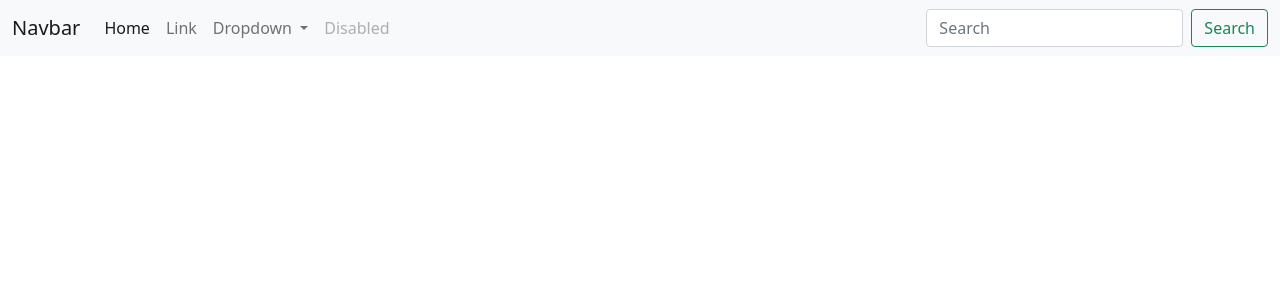
Repository: j0sh-404/control-clases-alumnos
Page: vista/principal/principal.html
The author's editor kept a copy of each file at every save. The page is drawn from the files as they stood at one save, then again after the next save.
The browser window is 1280 px wide. The pictures show the whole page.

Above is the page before, as saved 2022-07-09 19:18:02.

### vista/principal/principal.html
<!DOCTYPE html>
<html lang="es">
<head>
    <title>Principal</title>
    <meta charset="UTF-8">
    <meta name="title">
    <link href="https://cdn.jsdelivr.net/npm/bootstrap@5.0.2/dist/css/bootstrap.min.css" rel="stylesheet" integrity="sha384-EVSTQN3/azprG1Anm3QDgpJLIm9Nao0Yz1ztcQTwFspd3yD65VohhpuuCOmLASjC" crossorigin="anonymous">
</head>
<body>
    <nav class="navbar navbar-expand-lg navbar-light bg-light">
        <div class="container-fluid">
          <a class="navbar-brand" href="#">Navbar</a>
          <button class="navbar-toggler" type="button" data-bs-toggle="collapse" data-bs-target="#navbarSupportedContent" aria-controls="navbarSupportedContent" aria-expanded="false" aria-label="Toggle navigation">
            <span class="navbar-toggler-icon"></span>
          </button>
          <div class="collapse navbar-collapse" id="navbarSupportedContent">
            <ul class="navbar-nav me-auto mb-2 mb-lg-0">
              <li class="nav-item">
                <a class="nav-link active" aria-current="page" href="#">Home</a>
              </li>
              <li class="nav-item">
                <a class="nav-link" href="#">Link</a>
              </li>
              <li class="nav-item dropdown">
                <a class="nav-link dropdown-toggle" href="#" id="navbarDropdown" role="button" data-bs-toggle="dropdown" aria-expanded="false">
                  Dropdown
                </a>
                <ul class="dropdown-menu" aria-labelledby="navbarDropdown">
                  <li><a class="dropdown-item" href="#">Action</a></li>
                  <li><a class="dropdown-item" href="#">Another action</a></li>
                  <li><hr class="dropdown-divider"></li>
                  <li><a class="dropdown-item" href="#">Something else here</a></li>
                </ul>
              </li>
              <li class="nav-item">
                <a class="nav-link disabled" href="#" tabindex="-1" aria-disabled="true">Disabled</a>
              </li>
            </ul>
            <form class="d-flex">
              <input class="form-control me-2" type="search" placeholder="Search" aria-label="Search">
              <button class="btn btn-outline-success" type="submit">Search</button>
            </form>
          </div>
        </div>
      </nav>
      <script src="https://code.jquery.com/jquery-3.6.0.js" integrity="sha256-H+K7U5CnXl1h5ywQfKtSj8PCmoN9aaq30gDh27Xc0jk=" crossorigin="anonymous"></script>
<script src="https://cdn.jsdelivr.net/npm/bootstrap@5.0.2/dist/js/bootstrap.bundle.min.js" integrity="sha384-MrcW6ZMFYlzcLA8Nl+NtUVF0sA7MsXsP1UyJoMp4YLEuNSfAP+JcXn/tWtIaxVXM" crossorigin="anonymous"></script>
</body>
</html>

After the next save:
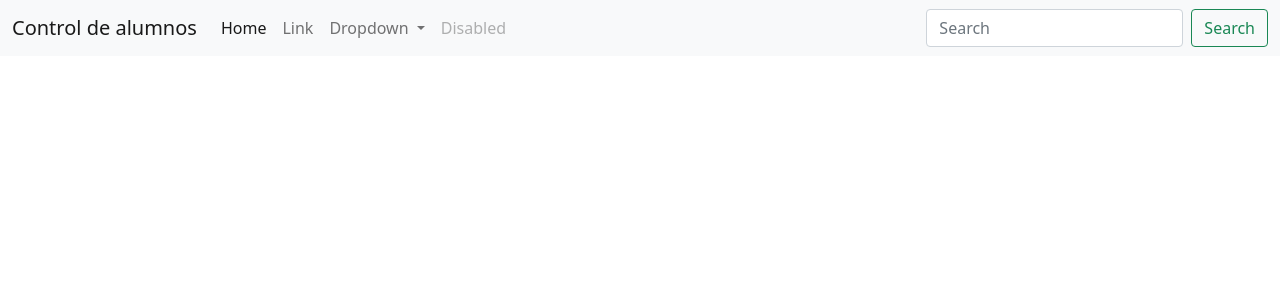
Saved 59 s later.
--- a/vista/principal/principal.html
+++ b/vista/principal/principal.html
@@ -9,7 +9,7 @@
 <body>
     <nav class="navbar navbar-expand-lg navbar-light bg-light">
         <div class="container-fluid">
-          <a class="navbar-brand" href="#">Navbar</a>
+          <a class="navbar-brand" href="#">Control de alumnos</a>
           <button class="navbar-toggler" type="button" data-bs-toggle="collapse" data-bs-target="#navbarSupportedContent" aria-controls="navbarSupportedContent" aria-expanded="false" aria-label="Toggle navigation">
             <span class="navbar-toggler-icon"></span>
           </button>
